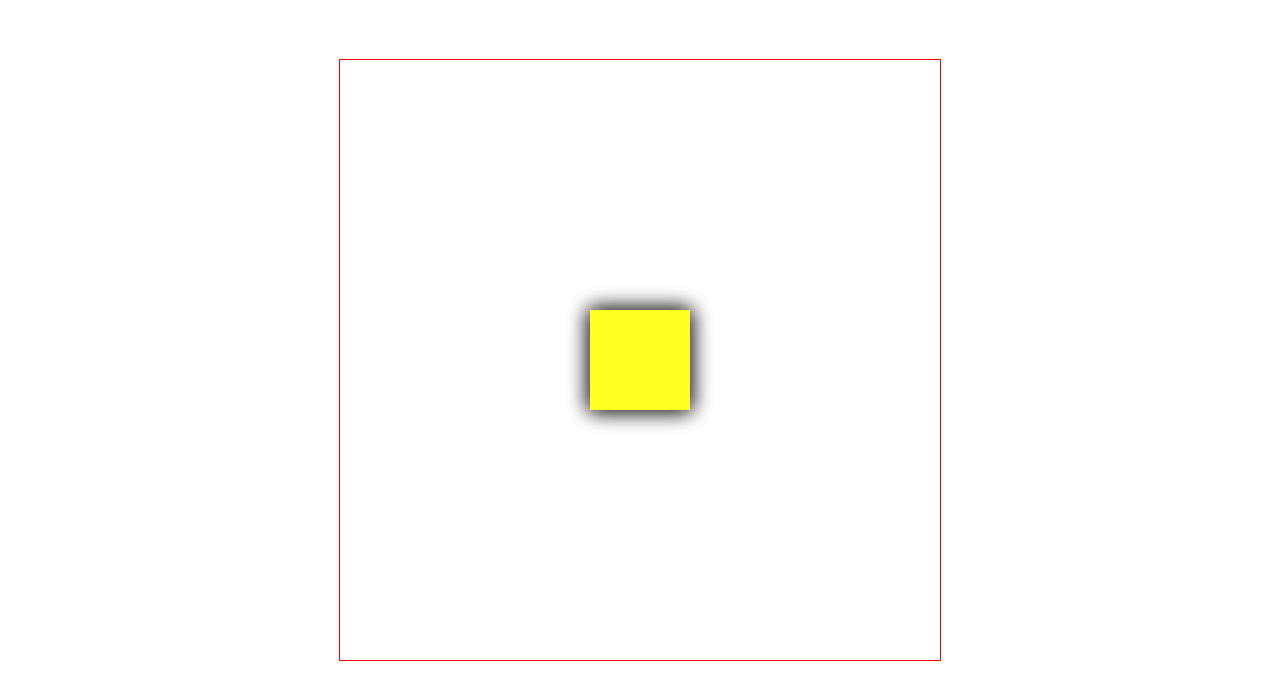
Repository: randgars/game
Page: index.html
These files come from the project's save history. The page is drawn as it stood at one moment and after a run of saves; the edit follows.
The browser window is 1280 px wide. The pictures show the whole page.

Above is the page before, as saved 2017-09-29 11:02:10.

After the next 2 saves:
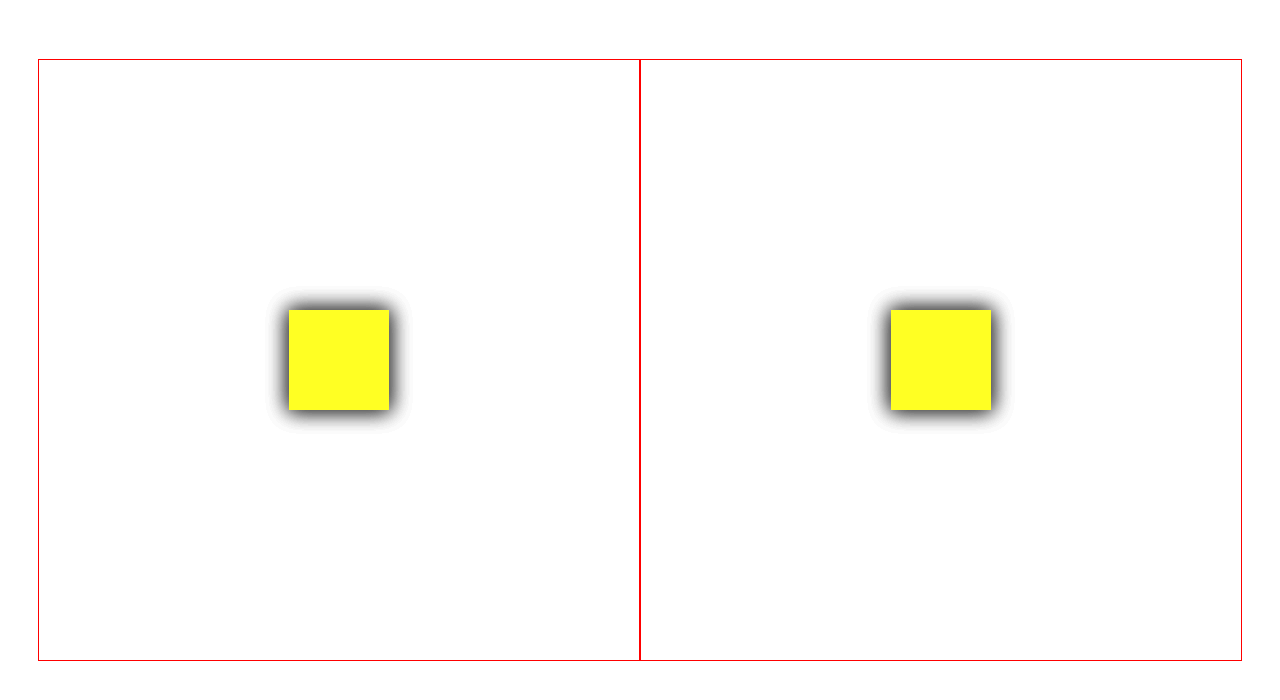
The 2 saves are shown as one change because they came seconds apart.
The last was saved 63 s later.
--- a/index.html
+++ b/index.html
@@ -14,5 +14,11 @@
         <div class="square third"></div>
         <div class="square fourth"></div>
     </div>
+    <div class="wrapper">
+        <div class="square first"></div>
+        <div class="square second"></div>
+        <div class="square third"></div>
+        <div class="square fourth"></div>
+    </div>
 </body>
 </html>
